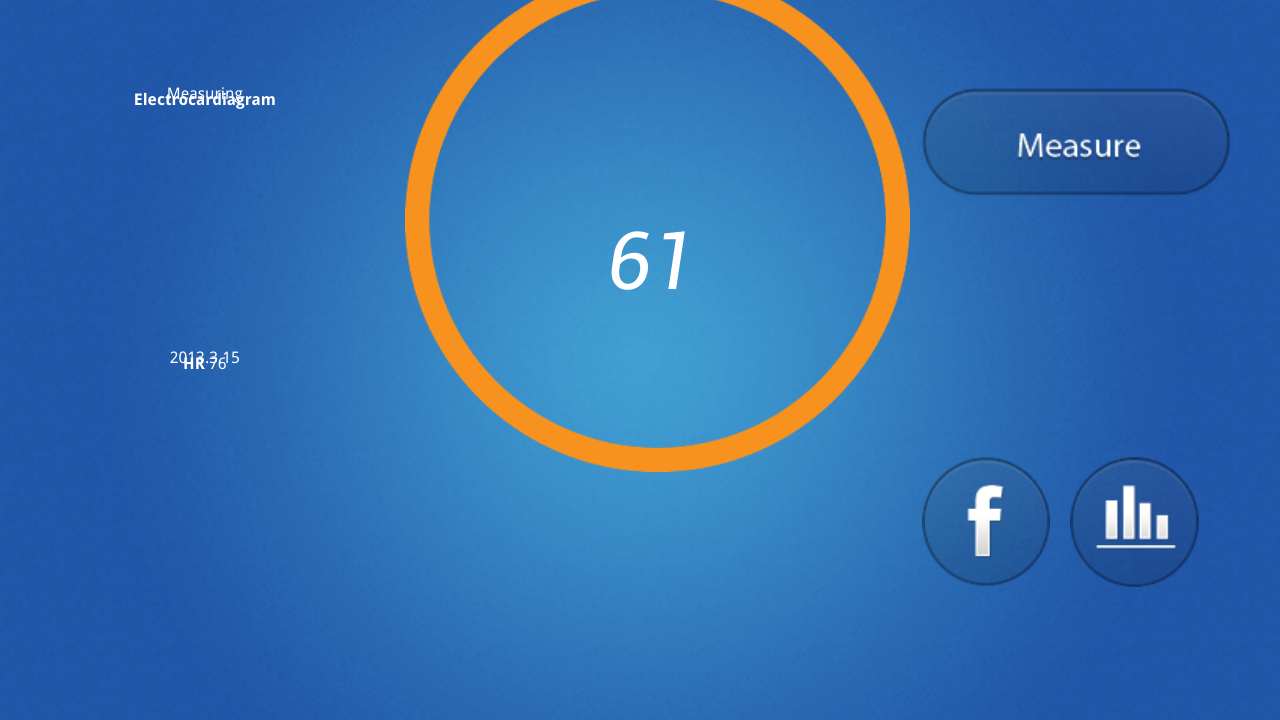
Repository: chouwill79131/IEcontest
Page: BluetoothChat/assets/complete.html
The author's editor kept a copy of each file at every save. The page is drawn from the files as they stood at one save, then again after the next save.
The browser window is 1280 px wide. The pictures show the whole page.

Above is the page before, as saved 2013-03-08 18:27:30.
Console error: TypeError: Cannot set properties of null (setting 'innerHTML')

After the next save:
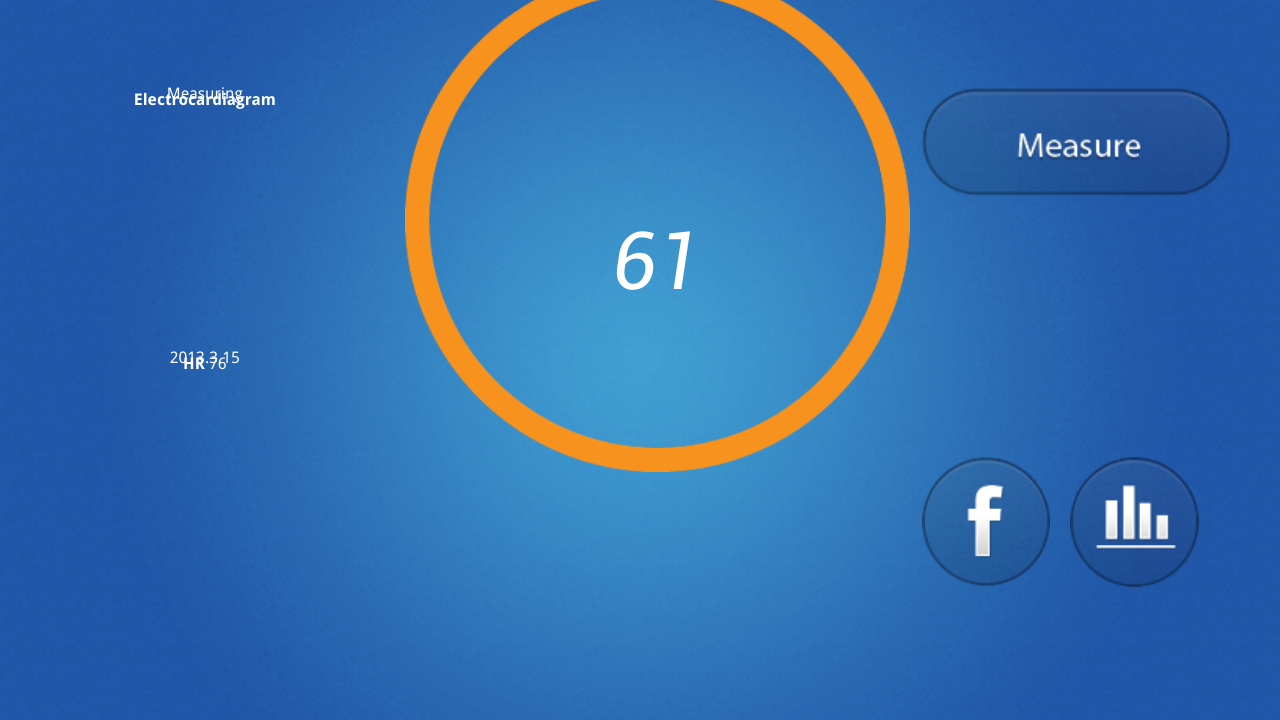
Saved 44 s later.
--- a/BluetoothChat/assets/complete.css
+++ b/BluetoothChat/assets/complete.css
@@ -29,7 +29,7 @@ body { margin:0; padding:0;}
 
 .mid { width: 41%; }
 .circle { width: auto; height:70%; margin-left: 4%; }
-.score { color:white ; z-index: 1; text-align:center; margin-top:41% ; margin-left:2% ;font-family: DroidSans-Italic ;font-size: 60pt;}
+.score { color:white ; z-index: 1; text-align:center; margin-top:41% ; margin-left:4% ;font-family: DroidSans-Italic ;font-size: 60pt;}
 .circle { margin-left:4% ; margin-top: -65%; z-index: 2; }
 
 .right { width: 29%; }
